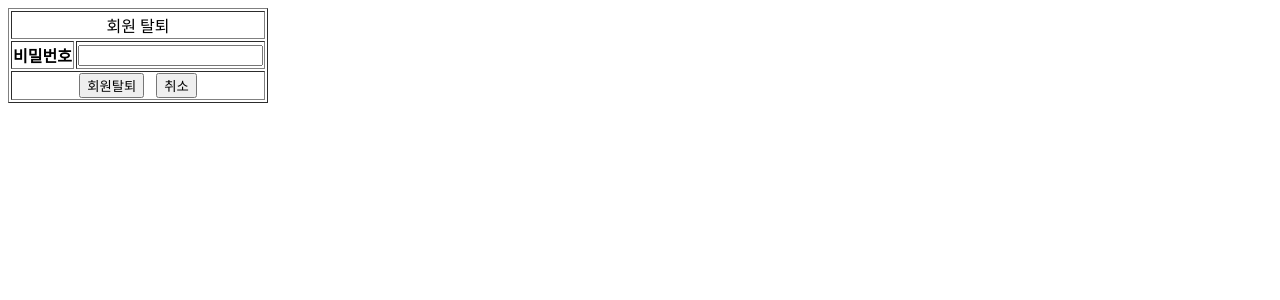
Repository: skeaze7496-max/HomePage
Page: http://localhost/ServletProject/memberone/deleteForm.jsp
An editor plug-in stored every save of this project. The page is shown before and after the next save, followed by the edit.
The browser window is 1280 px wide. The pictures show the whole page.
The page is served by Tomcat 9. Nobody is signed in. The application's start-up code is not run.

Above is the page before, as saved 2026-06-05 02:55:01.

After the next save:
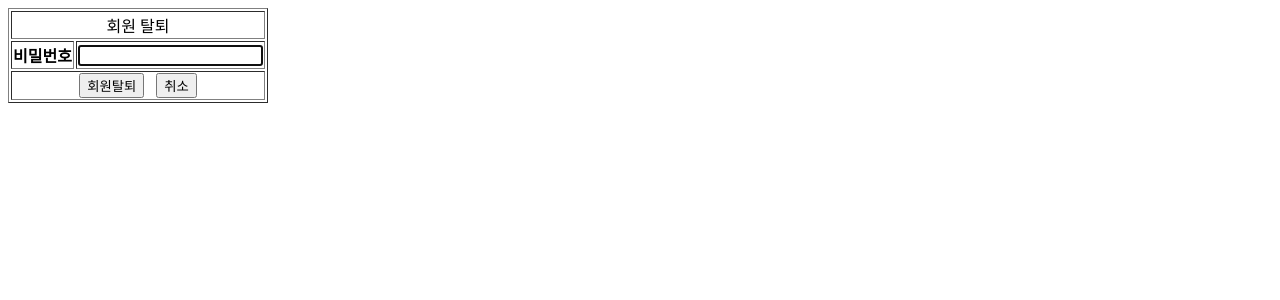
Saved 11 s later.
--- a/ServletProject/src/main/webapp/memberone/deleteForm.jsp
+++ b/ServletProject/src/main/webapp/memberone/deleteForm.jsp
@@ -18,7 +18,7 @@ function checkIt() {
 }
 </script>
 </head>
-<body>
+<body onload="begin()">
 <form action="deleteProc.jsp" method="post" name="myForm">
 	<table width="260" border="1">
 		<tr>
